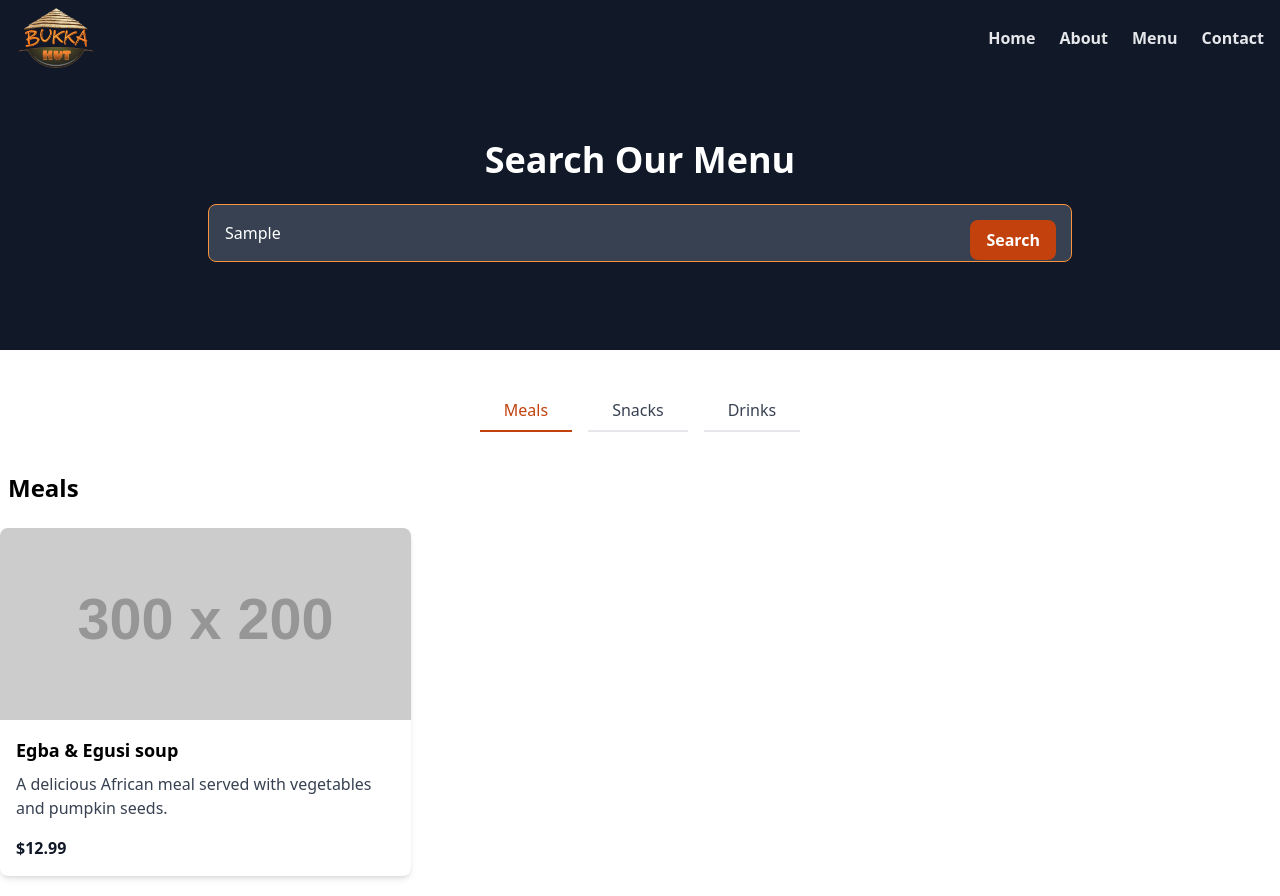
Repository: countaustin1990/BUKKAHUT
Page: Menu.test.html
An editor plug-in stored every save of this project. The page is shown before and after the next save, followed by the edit.
The browser window is 1280 px wide. The pictures show the part of the page from y = 0 to 896 px (the page is 1266 px tall before and 1290 px after).
Empty fields were first filled with sample values (such as "Sample", 5 or name@example.com).
After loading, the first visible `#searchButton` was clicked once.
A picture or video elsewhere on the page could not be fetched, so the positions and the page height are approximate. Some web libraries are served in a nearby version.

Above is the page before, as saved 2024-08-25 14:47:38.

### Menu.test.html
<!DOCTYPE html>
<html lang="en">

<head>
    <meta name="viewport" content="width=device-width, initial-scale=1.0">
    <meta property="Logo" content="./Logo.png" />

    <title>Bukka Hut</title>
    <link rel="stylesheet" href="style.css" />
    <script src="https://cdn.tailwindcss.com"></script>
    <link rel="stylesheet"
        href="https://cdnjs.cloudflare.com/ajax/libs/font-awesome/6.0.0-beta3/css/all.min.css">
    <style>
        @keyframes scroll {
            0% {
                transform: translateX(0);
            }

            100% {
                transform: translateX(-100%);
            }
        }

        .animate-scroll {
            display: inline-flex;
            animation: scroll 10s linear infinite;
        }
    </style>
</head>

<body class="font-sans antialiased">
    <!-- Back to Top Button -->
    <button id="backToTop"
        class="fixed bottom-8 right-8 text-bold bg-orange-700 text-gray-800 p-4 rounded-full shadow-lg hover:bg-orange-600 transition-transform transform hover:scale-110">
        <svg xmlns="http://www.w3.org/2000/svg" class="h-6 w-6 text-gray-200 mx-auto" fill="none" viewBox="0 0 24 24"
            stroke="currentColor" stroke-width="2">
            <path stroke-linecap="round" stroke-linejoin="round" d="M5 10l7-7m0 0l7 7m-7-7v18" />
        </svg>
    </button>

    <!-- Navigation -->
    <nav class="shadow-md bg-gray-900 text-gray-200">
        <div class="container mx-auto px-4 py-2 flex items-center justify-between">
            <a href="#" class="text-2xl font-bold text-blue-600 flex items-center">
                <img src="Logo-r.png" alt="Bukka Hut" width="80">
            </a>
            <div class="hidden md:flex space-x-6">
                <a href="index.html" class="text-gray-200 hover:text-orange-700 font-bold">Home</a>
                <a href="About.html" class="text-gray-200 hover:text-orange-700 font-bold">About</a>
                <a href="Menu.html" class="text-gray-200 hover:text-orange-700 font-bold">Menu</a>
                <a href="./Contact.main.html" class="text-gray-200 hover:text-orange-700 font-bold">Contact</a>
            </div>
            <button id="menu-button" class="md:hidden text-white focus:outline-none">
                <svg xmlns="http://www.w3.org/2000/svg" fill="none" viewBox="0 0 24 24" stroke="currentColor"
                    class="w-6 h-6">
                    <path stroke-linecap="round" stroke-linejoin="round" stroke-width="2"
                        d="M4 6h16M4 12h16M4 18h16" />
                </svg>
            </button>
        </div>

        <!-- Mobile Menu -->
        <div id="mobile-menu" class="hidden md:hidden bg-gray-900 shadow-md">
            <a href="index.html" class="block px-4 py-2 text-white hover:bg-orange-600">Home</a>
            <a href="About.html" class="block px-4 py-2 text-white hover:bg-orange-600">About</a>
            <a href="Menu.html" class="block px-4 py-2 text-white hover:bg-orange-600">Menu</a>
            <a href="Contact.main.html" class="block px-4 py-2 text-white hover:bg-orange-600">Contact</a>
        </div>
    </nav>

    <!-- Search Bar Section -->
    <section class="py-16 bg-gray-900 text-white">
        <div class="max-w-4xl mx-auto px-4 text-center">
            <h2 class="text-4xl font-bold mb-6">Search Our Menu</h2>
            <div class="relative">
                <input id="searchInput" type="text" placeholder="Search for dishes, drinks, or desserts..."
                    class="w-full p-4 rounded-lg bg-gray-700 border border-orange-400 focus:outline-none focus:ring-2 focus:ring-yellow-500">
                <button id="searchButton"
                    class="absolute right-0 top-0 mt-4 mr-4 bg-orange-700 hover:bg-orange-600 text-white py-2 px-4 rounded-lg font-semibold">
                    Search
                </button>
            </div>
            <ul id="resultsList" class="mt-6 text-left"></ul>
        </div>
    </section>

    <!-- Tabs for Menu Categories -->
    <div class="container mx-auto py-10" id="menuItems">
        <div class="flex justify-center mb-8">
            <button class="tab-btn text-orange-700 border-b-2 px-6 py-2 mx-2 focus:outline-none focus:border-b-4 border-orange-700"
                onclick="showTab('meals')">Meals</button>
            <button class="tab-btn text-gray-700 border-b-2 px-6 py-2 mx-2 focus:outline-none"
                onclick="showTab('snacks')">Snacks</button>
            <button class="tab-btn text-gray-700 border-b-2 px-6 py-2 mx-2 focus:outline-none"
                onclick="showTab('drinks')">Drinks</button>
        </div>

        <!-- Meals Tab -->
        <div id="meals" class="tab-content">
            <h2 class="text-2xl font-bold mb-4 p-2">Meals</h2>
            <div class="grid grid-cols-1 sm:grid-cols-2 lg:grid-cols-3 gap-6">
                <!-- Meal Cards -->
                <div class="bg-white shadow-md rounded-lg overflow-hidden">
                    <img src="https://via.placeholder.com/300x200" alt="Meal" class="w-full h-48 object-cover">
                    <div class="p-4">
                        <h3 class="text-lg font-bold mb-2">Egba & Egusi soup</h3>
                        <p class="text-gray-700">A delicious African meal served with vegetables and pumpkin seeds.</p>
                        <p class="text-gray-900 font-bold mt-4">$12.99</p>
                    </div>
                </div>
                <!-- Add more meal cards as needed -->
            </div>
        </div>

        <!-- Snacks Tab (Hidden by default) -->
        <div id="snacks" class="tab-content hidden">
            <h2 class="text-2xl font-bold mb-4 p-2">Snacks</h2>
            <div class="grid grid-cols-1 sm:grid-cols-2 lg:grid-cols-3 gap-6">
                <!-- Snack Cards -->
                <div class="bg-white shadow-md rounded-lg overflow-hidden">
                    <img src="https://via.placeholder.com/300x200" alt="Snack" class="w-full h-48 object-cover">
                    <div class="p-4">
                        <h3 class="text-lg font-bold mb-2">Puff Puff</h3>
                        <p class="text-gray-700">A popular West African snack.</p>
                        <p class="text-gray-900 font-bold mt-4">$4.99</p>
                    </div>
                </div>
                <!-- Add more snack cards as needed -->
            </div>
        </div>

        <!-- Drinks Tab (Hidden by default) -->
        <div id="drinks" class="tab-content hidden">
            <h2 class="text-2xl font-bold mb-4 p-2">Drinks</h2>
            <div class="grid grid-cols-1 sm:grid-cols-2 lg:grid-cols-3 gap-6">
                <!-- Drink Cards -->
                <div class="bg-white shadow-md rounded-lg overflow-hidden">
                    <img src="https://via.placeholder.com/300x200" alt="Drink" class="w-full h-48 object-cover">
                    <div class="p-4">
                        <h3 class="text-lg font-bold mb-2">Chapman</h3>
                        <p class="text-gray-700">A refreshing non-alcoholic Nigerian cocktail.</p>
                        <p class="text-gray-900 font-bold mt-4">$5.99</p>
                    </div>
                </div>
                <!-- Add more drink cards as needed -->
            </div>
        </div>
    </div>

    <!-- Menu Scroll Section -->
    <section class="flex justify-center items-center p-5 container mx-auto rounded-lg">
        <div class="overflow-x-auto whitespace-nowrap py-4 px-6 bg-orange-200 mt-5 container mx-auto">
            <h2 class="text-3xl text-center font-bold mb-6">Our Menu</h2>
            <div class="animate-scroll">
                <img src="burger.jpg" alt="Burger" class="inline-block h-48 mx-4 rounded-lg">
                <img src="fries.jpg" alt="Fries" class="inline-block h-48 mx-4 rounded-lg">
                <img src="salad.jpg" alt="Salad" class="inline-block h-48 mx-4 rounded-lg">
                <!-- Add more images as needed -->
            </div>
        </div>
    </section>

    <script>
        // JavaScript for Tab Functionality
        function showTab(tabName) {
            const tabs = document.querySelectorAll('.tab-content');
            tabs.forEach(tab => tab.classList.add('hidden'));
            document.getElementById(tabName).classList.remove('hidden');
            document.querySelectorAll('.tab-btn').forEach(button => button.classList.remove('border-orange-700', 'text-orange-700'));
            document.querySelector(`[onclick="showTab('${tabName}')"]`).classList.add('border-orange-700', 'text-orange-700');
        }

        // Mobile Menu Toggle
        document.getElementById('menu-button').addEventListener('click', function () {
            document.getElementById('mobile-menu').classList.toggle('hidden');
        });

        // Back to Top Button
        const backToTopButton = document.getElementById('backToTop');
        window.addEventListener('scroll', () => {
            if (window.scrollY > 300) {
                backToTopButton.classList.remove('hidden');
            } else {
                backToTopButton.classList.add('hidden');
            }
        });

        backToTopButton.addEventListener('click', () => {
            window.scrollTo({ top: 0, behavior: 'smooth' });
        });

        // Search Functionality (placeholder for real implementation)
        document.getElementById('searchButton').addEventListener('click', function () {
            const searchQuery = document.getElementById('searchInput').value.toLowerCase();
            const resultsList = document.getElementById('resultsList');
            resultsList.innerHTML = '';
            // Mock search implementation
            const mockData = ['Egba & Egusi soup', 'Puff Puff', 'Chapman'];
            mockData.forEach(item => {
                if (item.toLowerCase().includes(searchQuery)) {
                    const li = document.createElement('li');
                    li.textContent = item;
                    resultsList.appendChild(li);
                }
            });
        });
    </script>
</body>

</html>

### style.css
/*CSS*/

#backToTop {
  z-index: 1000;
}

#home {
    height: 80svh;
}

#about {
    height: 40svh;
    margin-bottom: 150px;
}
.vote {
    margin-top: 20px;
}

After the next save:
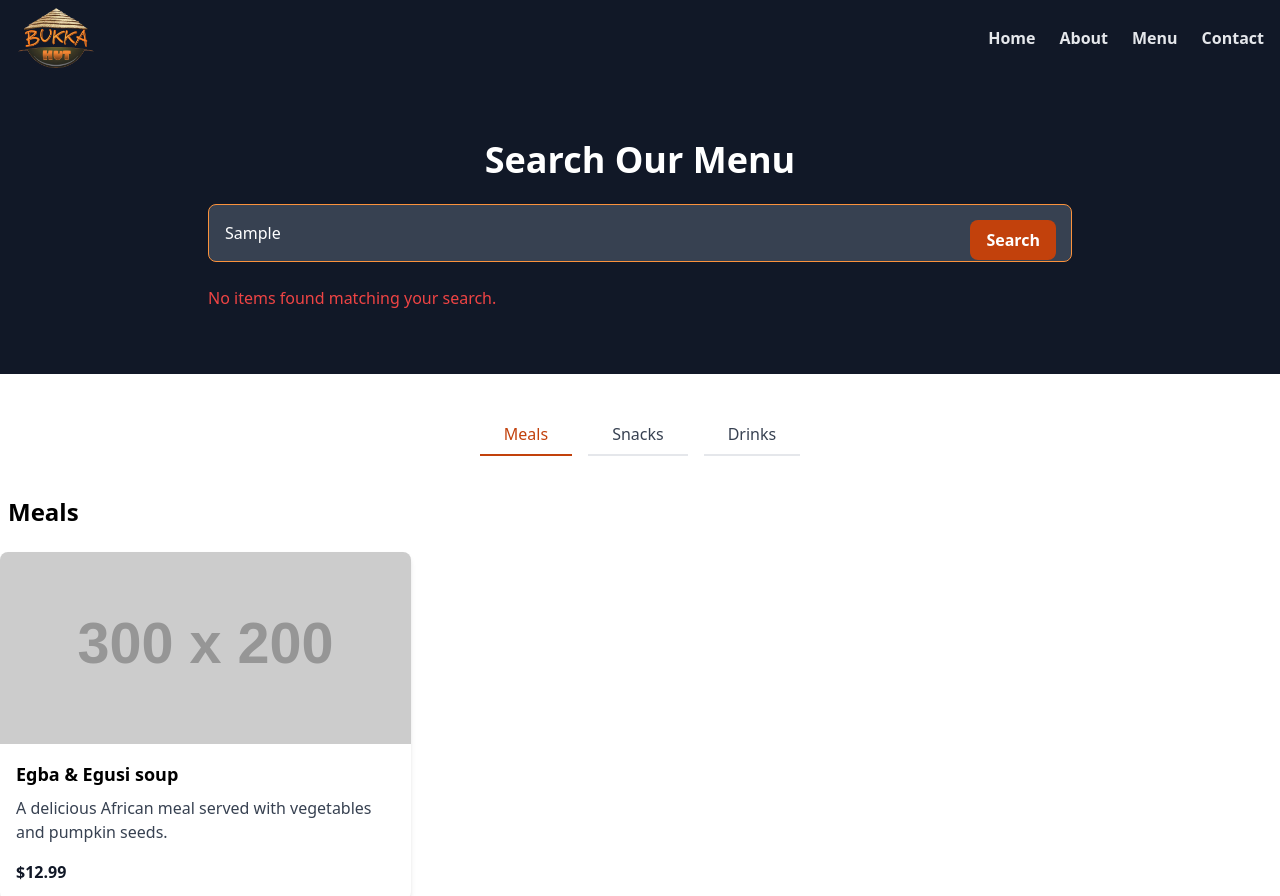
Saved 3 min 26 s later.
--- a/Menu.test.html
+++ b/Menu.test.html
@@ -160,51 +160,80 @@
         </div>
     </section>
 
-    <script>
-        // JavaScript for Tab Functionality
-        function showTab(tabName) {
-            const tabs = document.querySelectorAll('.tab-content');
-            tabs.forEach(tab => tab.classList.add('hidden'));
-            document.getElementById(tabName).classList.remove('hidden');
-            document.querySelectorAll('.tab-btn').forEach(button => button.classList.remove('border-orange-700', 'text-orange-700'));
-            document.querySelector(`[onclick="showTab('${tabName}')"]`).classList.add('border-orange-700', 'text-orange-700');
-        }
-
-        // Mobile Menu Toggle
-        document.getElementById('menu-button').addEventListener('click', function () {
-            document.getElementById('mobile-menu').classList.toggle('hidden');
-        });
-
-        // Back to Top Button
-        const backToTopButton = document.getElementById('backToTop');
-        window.addEventListener('scroll', () => {
-            if (window.scrollY > 300) {
-                backToTopButton.classList.remove('hidden');
-            } else {
-                backToTopButton.classList.add('hidden');
-            }
-        });
-
-        backToTopButton.addEventListener('click', () => {
-            window.scrollTo({ top: 0, behavior: 'smooth' });
-        });
-
-        // Search Functionality (placeholder for real implementation)
-        document.getElementById('searchButton').addEventListener('click', function () {
-            const searchQuery = document.getElementById('searchInput').value.toLowerCase();
-            const resultsList = document.getElementById('resultsList');
-            resultsList.innerHTML = '';
-            // Mock search implementation
-            const mockData = ['Egba & Egusi soup', 'Puff Puff', 'Chapman'];
-            mockData.forEach(item => {
+   <script>
+    // JavaScript for Tab Functionality
+    function showTab(tabName) {
+        const tabs = document.querySelectorAll('.tab-content');
+        tabs.forEach(tab => tab.classList.add('hidden'));
+        document.getElementById(tabName).classList.remove('hidden');
+        document.querySelectorAll('.tab-btn').forEach(button => button.classList.remove('border-orange-700', 'text-orange-700'));
+        document.querySelector(`[onclick="showTab('${tabName}')"]`).classList.add('border-orange-700', 'text-orange-700');
+    }
+
+    // Mobile Menu Toggle
+    document.getElementById('menu-button').addEventListener('click', function () {
+        document.getElementById('mobile-menu').classList.toggle('hidden');
+    });
+
+    // Back to Top Button
+    const backToTopButton = document.getElementById('backToTop');
+    window.addEventListener('scroll', () => {
+        if (window.scrollY > 300) {
+            backToTopButton.classList.remove('hidden');
+        } else {
+            backToTopButton.classList.add('hidden');
+        }
+    });
+
+    backToTopButton.addEventListener('click', () => {
+        window.scrollTo({ top: 0, behavior: 'smooth' });
+    });
+
+    // Search Functionality
+    document.getElementById('searchButton').addEventListener('click', function () {
+        const searchQuery = document.getElementById('searchInput').value.toLowerCase();
+        const resultsList = document.getElementById('resultsList');
+        resultsList.innerHTML = '';
+
+        // Mock data categorized by tabs
+        const menuItems = {
+            meals: ['Egba & Egusi soup'],
+            snacks: ['Puff Puff'],
+            drinks: ['Chapman']
+        };
+
+        let foundItem = false;
+
+        Object.keys(menuItems).forEach(tabName => {
+            menuItems[tabName].forEach(item => {
                 if (item.toLowerCase().includes(searchQuery)) {
-                    const li = document.createElement('li');
-                    li.textContent = item;
-                    resultsList.appendChild(li);
+                    foundItem = true;
+                    // Display the corresponding tab
+                    showTab(tabName);
+
+                    // Find the relevant item in the tab and highlight it
+                    const tabContent = document.getElementById(tabName);
+                    const itemElements = tabContent.querySelectorAll('h3');
+                    itemElements.forEach(el => {
+                        if (el.textContent.toLowerCase().includes(searchQuery)) {
+                            el.scrollIntoView({ behavior: 'smooth', block: 'center' });
+                            el.classList.add('bg-yellow-300'); // Highlighting the item
+                            setTimeout(() => {
+                                el.classList.remove('bg-yellow-300');
+                            }, 2000);
+                        }
+                    });
                 }
             });
         });
-    </script>
+
+        // If no item is found, show a message
+        if (!foundItem) {
+            resultsList.innerHTML = '<li class="text-red-500">No items found matching your search.</li>';
+        }
+    });
+</script>
+
 </body>
 
 </html>
